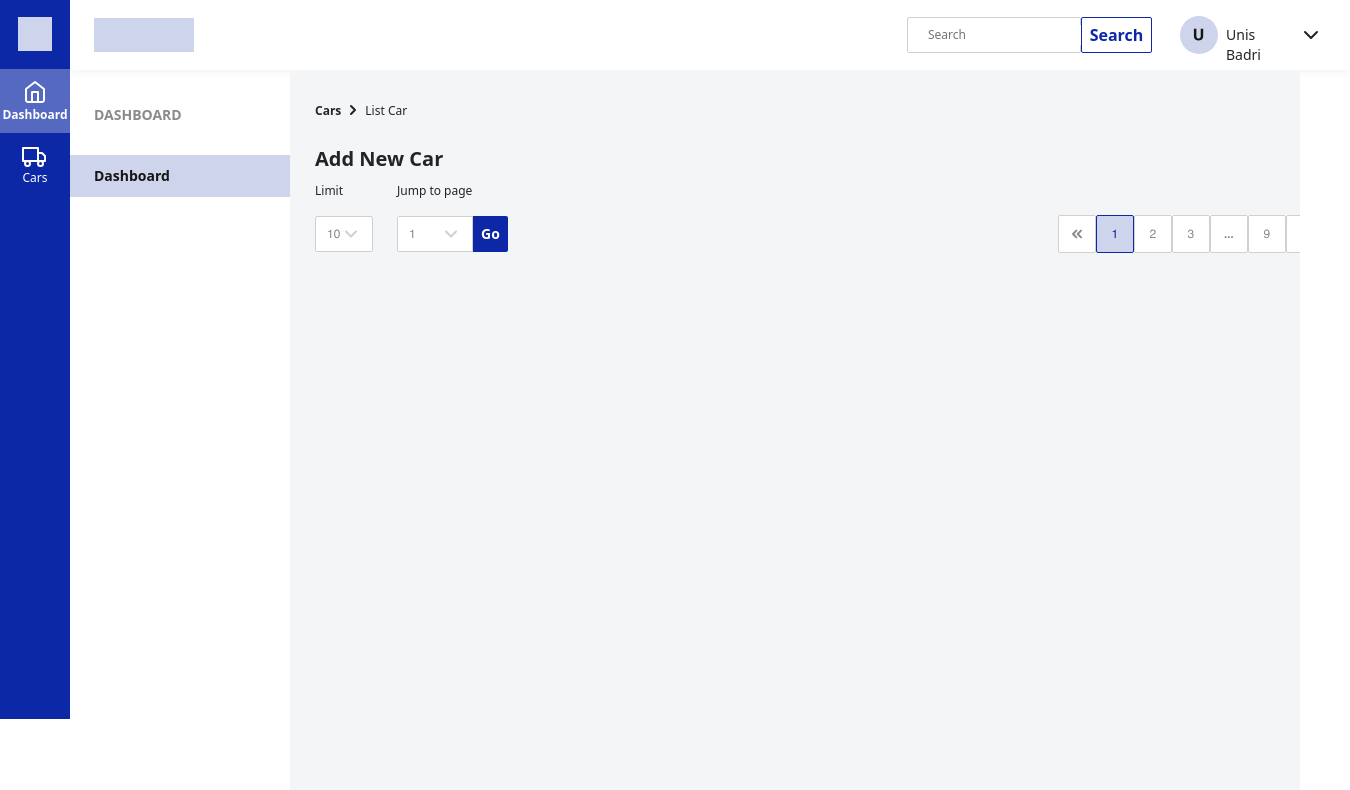
Repository: farrelmuhammad/challenge-7-binar
Page: /carlist/add
These files come from the project's save history. The page is drawn as it stood at one moment and after the next save; the edit follows.
The browser window is 1280 px wide. The page is 1350 px wide, so the pictures cover 1350 px, including what lies to the right of the window. The pictures show the whole page.
The project was rebuilt for these pictures with package versions that can differ from the ones it lists, and the page was loaded fresh each time. Also part of the build but not shown: src/component/navbar.js, src/component/header.js, src/component/footer.js, src/App.js, src/component/admin/Dashboard/index.jsx, src/pages/admin/Dashboard.js, src/component/admin/Cars/index.jsx, src/pages/admin/CarsList.js and 2 more.

Above is the page before, as saved 2022-05-27 20:57:56.

After the next save:
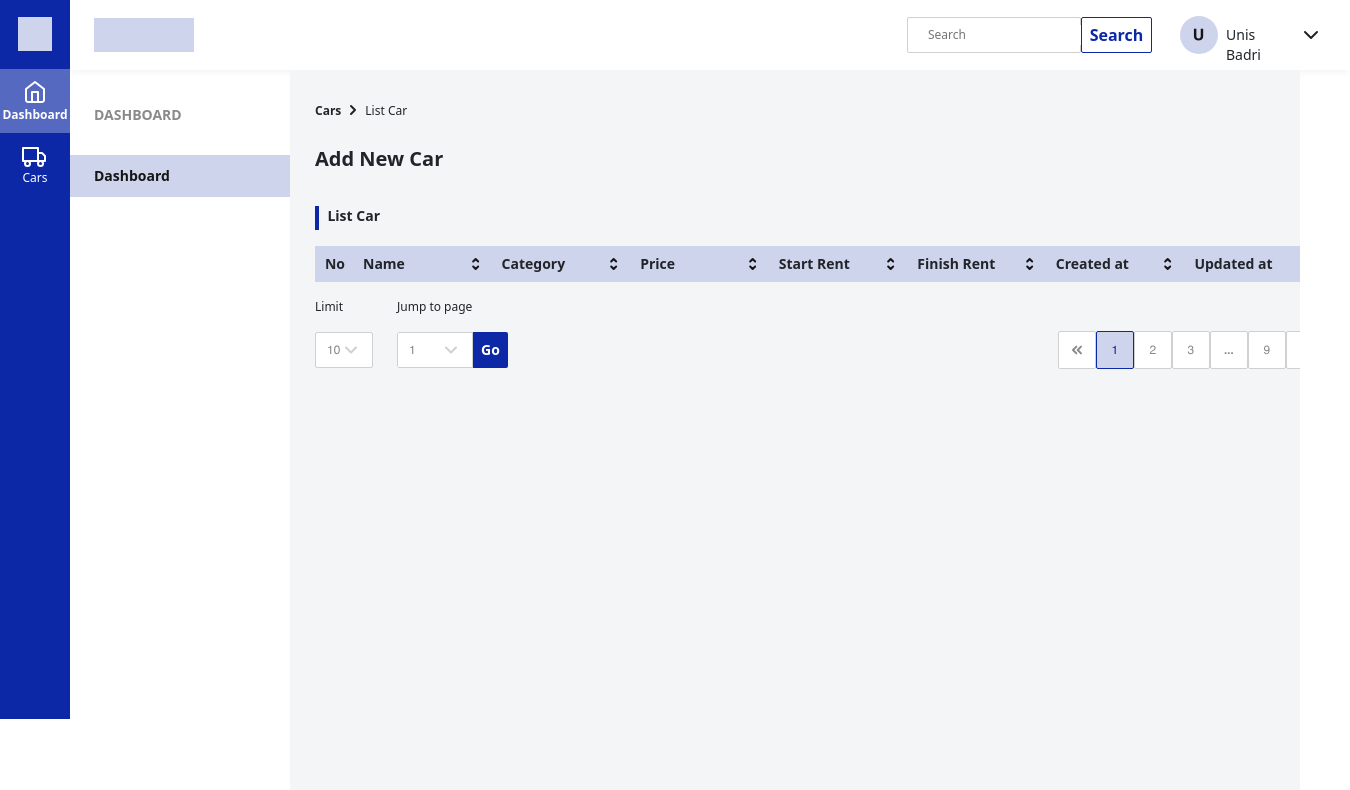
Saved 14 s later.
--- a/src/component/admin/Cars/add/index.jsx
+++ b/src/component/admin/Cars/add/index.jsx
@@ -21,7 +21,69 @@
 
                 </div>
 
+                {/* table navigation */}
 
+
+                <div className="list-car">
+                <img src="../img/line-blue.svg" alt="" />
+                <h1>List Car</h1>
+                </div>
+                {/* car table */}
+                <div className="list-table">
+                <table className="table table-borderless">
+                    <thead>
+                    <tr>
+                        <th style={{ textAlign: "center" }}>No</th>
+                        <th>
+                        Name
+                        <img className="sort" src="img/sort.svg" alt="sort" />
+                        </th>
+                        <th>
+                        Category
+                        <img className="sort" src="img/sort.svg" alt="sort" />
+                        </th>
+                        <th>
+                        Price
+                        <img className="sort" src="img/sort.svg" alt="sort" />
+                        </th>
+                        <th>
+                        Start Rent
+                        <img className="sort" src="img/sort.svg" alt="sort" />
+                        </th>
+                        <th>
+                        Finish Rent
+                        <img className="sort" src="img/sort.svg" alt="sort" />
+                        </th>
+                        <th>
+                        Created at
+                        <img className="sort" src="img/sort.svg" alt="sort" />
+                        </th>
+                        <th>
+                        Updated at
+                        <img className="sort" src="img/sort.svg" alt="sort" />
+                        </th>
+                    </tr>
+                    </thead>
+                    <tbody>
+                    {/* {dataCarAdmin?.map((car, i) => (
+                        <>
+                        <tr>
+                            <td key={car.id} style={{ textAlign: "center" }}>
+                            {i + 1}
+                            </td>
+                            <td>{car.name}</td>
+                            <td>{car.category}</td>
+                            <td>{car.price}</td>
+                            <td>{car.start_rent_at}</td>
+                            <td>{car.finish_rent_at}</td>
+                            <td>{car.createdAt}</td>
+                            <td>{car.updatedAt}</td>
+                        </tr>
+                        </>
+                    ))} */}
+                    </tbody>
+                </table>
+                </div>
 
                 {/* table navigation */}
                 <div className="table-nav">

After the save that followed:
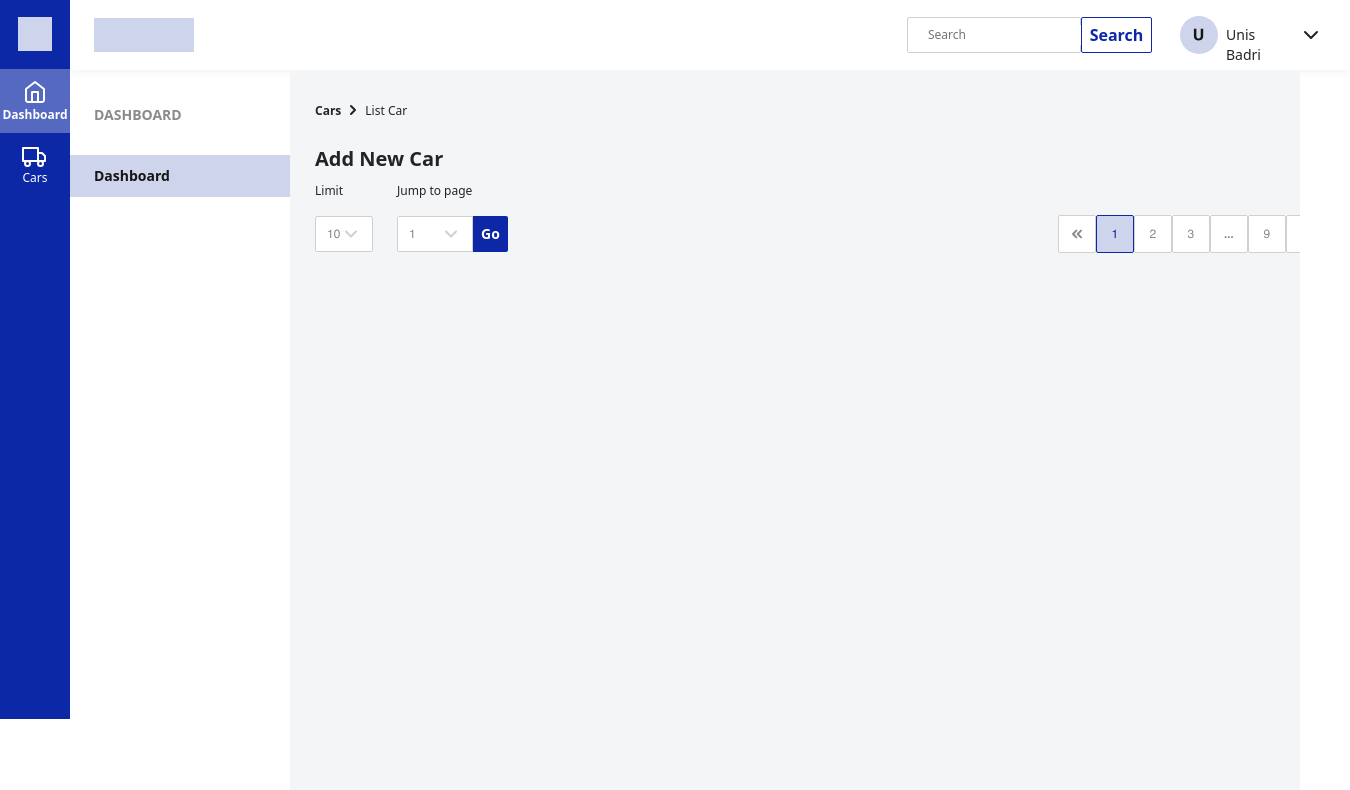
Saved 11 s later.
--- a/src/component/admin/Cars/add/index.jsx
+++ b/src/component/admin/Cars/add/index.jsx
@@ -24,66 +24,6 @@
                 {/* table navigation */}
 
 
-                <div className="list-car">
-                <img src="../img/line-blue.svg" alt="" />
-                <h1>List Car</h1>
-                </div>
-                {/* car table */}
-                <div className="list-table">
-                <table className="table table-borderless">
-                    <thead>
-                    <tr>
-                        <th style={{ textAlign: "center" }}>No</th>
-                        <th>
-                        Name
-                        <img className="sort" src="img/sort.svg" alt="sort" />
-                        </th>
-                        <th>
-                        Category
-                        <img className="sort" src="img/sort.svg" alt="sort" />
-                        </th>
-                        <th>
-                        Price
-                        <img className="sort" src="img/sort.svg" alt="sort" />
-                        </th>
-                        <th>
-                        Start Rent
-                        <img className="sort" src="img/sort.svg" alt="sort" />
-                        </th>
-                        <th>
-                        Finish Rent
-                        <img className="sort" src="img/sort.svg" alt="sort" />
-                        </th>
-                        <th>
-                        Created at
-                        <img className="sort" src="img/sort.svg" alt="sort" />
-                        </th>
-                        <th>
-                        Updated at
-                        <img className="sort" src="img/sort.svg" alt="sort" />
-                        </th>
-                    </tr>
-                    </thead>
-                    <tbody>
-                    {/* {dataCarAdmin?.map((car, i) => (
-                        <>
-                        <tr>
-                            <td key={car.id} style={{ textAlign: "center" }}>
-                            {i + 1}
-                            </td>
-                            <td>{car.name}</td>
-                            <td>{car.category}</td>
-                            <td>{car.price}</td>
-                            <td>{car.start_rent_at}</td>
-                            <td>{car.finish_rent_at}</td>
-                            <td>{car.createdAt}</td>
-                            <td>{car.updatedAt}</td>
-                        </tr>
-                        </>
-                    ))} */}
-                    </tbody>
-                </table>
-                </div>
 
                 {/* table navigation */}
                 <div className="table-nav">
